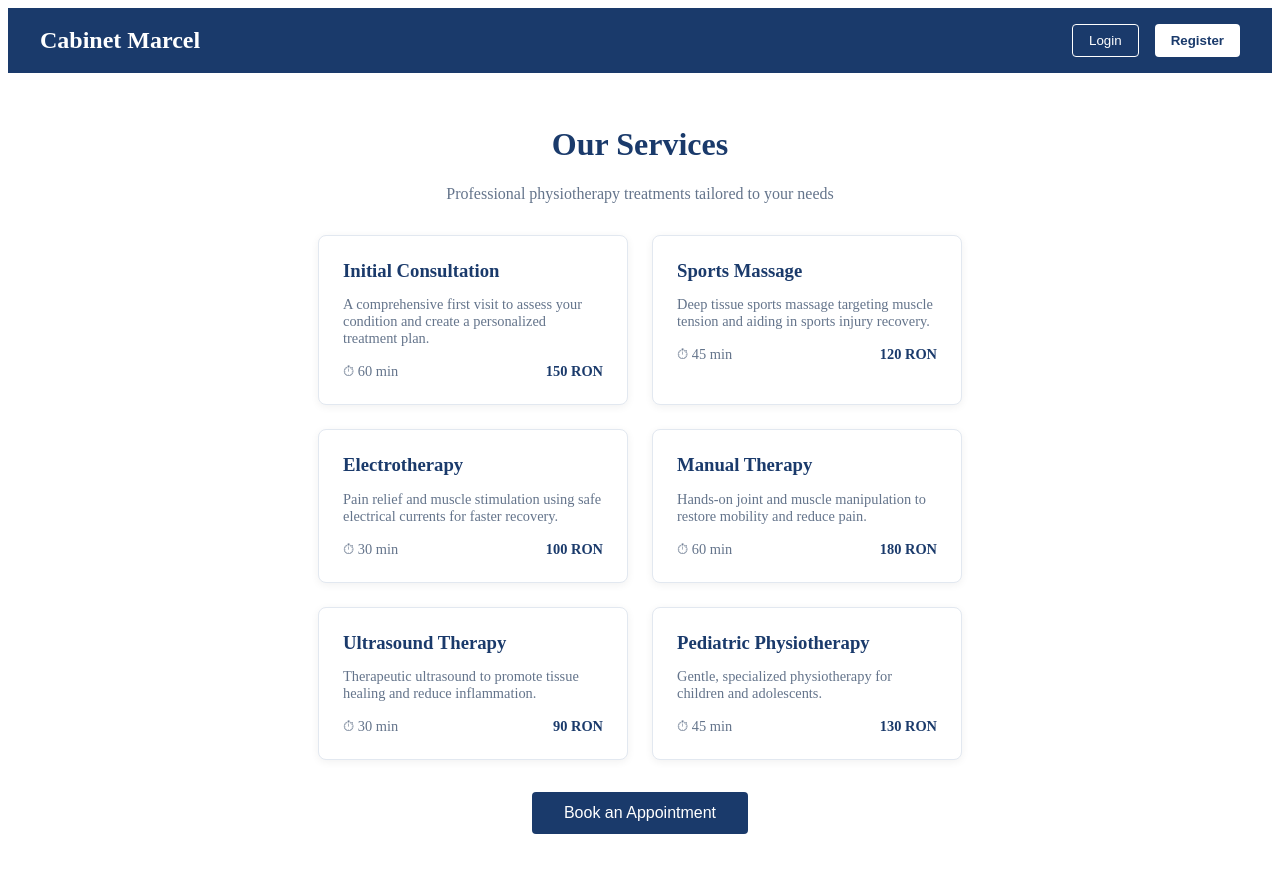
Repository: Bogo02/PhysioApp
Page: /services (app in physioapp-frontend/)
An editor plug-in stored every save of this project. The page is shown before and after the next save, followed by the edit.
The browser window is 1280 px wide. The pictures show the whole page.
The project was rebuilt for these pictures with package versions that can differ from the ones it lists, and the page was loaded fresh each time. Also part of the build but not shown: physioapp-frontend/vite.config.js, physioapp-frontend/src/index.css, physioapp-frontend/src/pages/Home.jsx, physioapp-frontend/src/pages/Login.jsx, physioapp-frontend/src/pages/Register.jsx, physioapp-frontend/src/pages/Dashboard.jsx, physioapp-frontend/src/pages/Appointments.jsx, physioapp-frontend/src/pages/BookAppointment.jsx and 1 more.

Above is the page before, as saved 2026-05-29 01:24:12.

### physioapp-frontend/index.html
<!doctype html>
<html lang="en">
  <head>
    <meta charset="UTF-8" />
    <link rel="icon" type="image/svg+xml" href="/favicon.svg" />
    <meta name="viewport" content="width=device-width, initial-scale=1.0" />
    <title>physioapp-frontend</title>
  </head>
  <body>
    <div id="root"></div>
    <script type="module" src="/src/main.jsx"></script>
  </body>
</html>

### physioapp-frontend/src/main.jsx
import { StrictMode } from 'react'
import { createRoot } from 'react-dom/client'
import './index.css'
import App from './App.jsx'

createRoot(document.getElementById('root')).render(
  <StrictMode>
    <App />
  </StrictMode>
)

### physioapp-frontend/src/App.jsx
import { BrowserRouter, Routes, Route } from 'react-router-dom'
import Home from './pages/Home'
import Login from './pages/Login'
import Register from './pages/Register'
import Dashboard from './pages/Dashboard'
import Appointments from './pages/Appointments'
import BookAppointment from './pages/BookAppointment'
import Profile from './pages/Profile'
import Services from './pages/Services'

function App() {
  return (
    <BrowserRouter>
      <Routes>
        <Route path="/" element={<Home />} />
        <Route path="/login" element={<Login />} />
        <Route path="/register" element={<Register />} />
        <Route path="/dashboard" element={<Dashboard />} />
        <Route path="/appointments" element={<Appointments />} />
        <Route path="/appointments/book" element={<BookAppointment />} />
        <Route path="/profile" element={<Profile />} />
        <Route path="/services" element={<Services />} />
      </Routes>
    </BrowserRouter>
  )
}

export default App

### physioapp-frontend/src/pages/Services.jsx
import { useNavigate } from 'react-router-dom'

function Services() {
  const navigate = useNavigate()

  const services = [
    { name: 'Initial Consultation', duration: 60, price: 150, desc: 'A comprehensive first visit to assess your condition and create a personalized treatment plan.' },
    { name: 'Sports Massage', duration: 45, price: 120, desc: 'Deep tissue sports massage targeting muscle tension and aiding in sports injury recovery.' },
    { name: 'Electrotherapy', duration: 30, price: 100, desc: 'Pain relief and muscle stimulation using safe electrical currents for faster recovery.' },
    { name: 'Manual Therapy', duration: 60, price: 180, desc: 'Hands-on joint and muscle manipulation to restore mobility and reduce pain.' },
    { name: 'Ultrasound Therapy', duration: 30, price: 90, desc: 'Therapeutic ultrasound to promote tissue healing and reduce inflammation.' },
    { name: 'Pediatric Physiotherapy', duration: 45, price: 130, desc: 'Gentle, specialized physiotherapy for children and adolescents.' },
  ]

  return (
    <div>
      <nav style={{
        display: 'flex', justifyContent: 'space-between', alignItems: 'center',
        padding: '1rem 2rem', background: '#1a3a6b', color: 'white'
      }}>
        <h2 style={{ margin: 0, cursor: 'pointer' }} onClick={() => navigate('/')}>Cabinet Marcel</h2>
        <div style={{ display: 'flex', gap: '1rem' }}>
          <button onClick={() => navigate('/login')} style={{
            padding: '0.5rem 1rem', background: 'transparent', color: 'white',
            border: '1px solid white', borderRadius: '4px', cursor: 'pointer'
          }}>Login</button>
          <button onClick={() => navigate('/register')} style={{
            padding: '0.5rem 1rem', background: 'white', color: '#1a3a6b',
            border: 'none', borderRadius: '4px', cursor: 'pointer', fontWeight: 'bold'
          }}>Register</button>
        </div>
      </nav>

      <div style={{ padding: '2rem', maxWidth: '900px', margin: '0 auto' }}>
        <h1 style={{ color: '#1a3a6b', textAlign: 'center' }}>Our Services</h1>
        <p style={{ textAlign: 'center', color: '#64748b', marginBottom: '2rem' }}>
          Professional physiotherapy treatments tailored to your needs
        </p>
        <div style={{ display: 'flex', flexWrap: 'wrap', gap: '1.5rem', justifyContent: 'center' }}>
          {services.map((s, i) => (
            <div key={i} style={{
              background: 'white', border: '1px solid #e2e8f0', borderRadius: '8px',
              padding: '1.5rem', width: '260px', boxShadow: '0 2px 8px rgba(0,0,0,0.06)'
            }}>
              <h3 style={{ color: '#1a3a6b', margin: '0 0 0.5rem' }}>{s.name}</h3>
              <p style={{ color: '#64748b', fontSize: '0.9rem', marginBottom: '1rem' }}>{s.desc}</p>
              <div style={{ display: 'flex', justifyContent: 'space-between', fontSize: '0.9rem' }}>
                <span style={{ color: '#64748b' }}>⏱ {s.duration} min</span>
                <span style={{ color: '#1a3a6b', fontWeight: 'bold' }}>{s.price} RON</span>
              </div>
            </div>
          ))}
        </div>
        <div style={{ textAlign: 'center', marginTop: '2rem' }}>
          <button onClick={() => navigate('/register')} style={{
            padding: '0.75rem 2rem', background: '#1a3a6b', color: 'white',
            border: 'none', borderRadius: '4px', cursor: 'pointer', fontSize: '1rem'
          }}>Book an Appointment</button>
        </div>
      </div>
    </div>
  )
}

export default Services

After the next save:
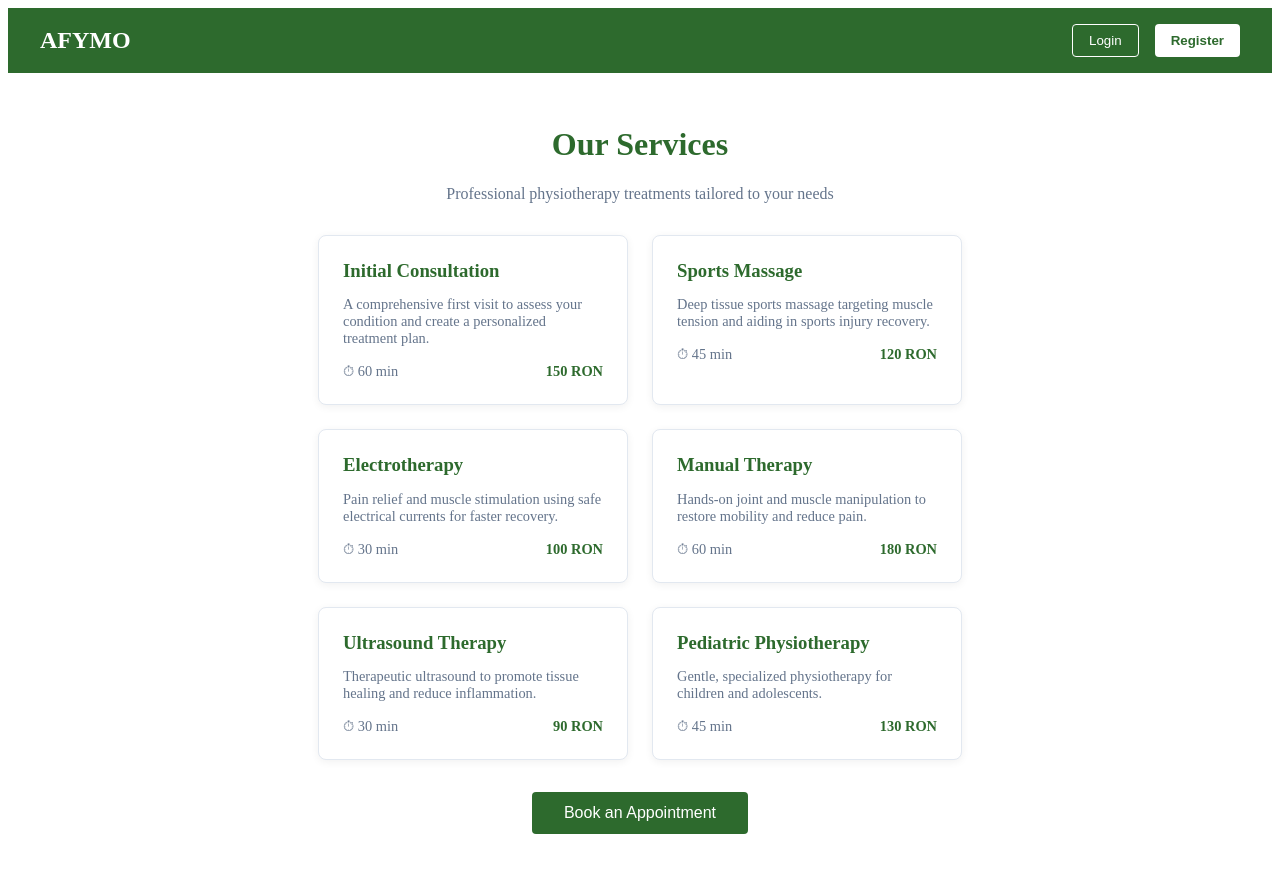
Saved 11 s later.
--- a/physioapp-frontend/src/pages/Services.jsx
+++ b/physioapp-frontend/src/pages/Services.jsx
@@ -16,23 +16,23 @@ function Services() {
     <div>
       <nav style={{
         display: 'flex', justifyContent: 'space-between', alignItems: 'center',
-        padding: '1rem 2rem', background: '#1a3a6b', color: 'white'
+        padding: '1rem 2rem', background: '#2d6a2d', color: 'white'
       }}>
-        <h2 style={{ margin: 0, cursor: 'pointer' }} onClick={() => navigate('/')}>Cabinet Marcel</h2>
+        <h2 style={{ margin: 0, cursor: 'pointer' }} onClick={() => navigate('/')}>AFYMO</h2>
         <div style={{ display: 'flex', gap: '1rem' }}>
           <button onClick={() => navigate('/login')} style={{
             padding: '0.5rem 1rem', background: 'transparent', color: 'white',
             border: '1px solid white', borderRadius: '4px', cursor: 'pointer'
           }}>Login</button>
           <button onClick={() => navigate('/register')} style={{
-            padding: '0.5rem 1rem', background: 'white', color: '#1a3a6b',
+            padding: '0.5rem 1rem', background: 'white', color: '#2d6a2d',
             border: 'none', borderRadius: '4px', cursor: 'pointer', fontWeight: 'bold'
           }}>Register</button>
         </div>
       </nav>
 
       <div style={{ padding: '2rem', maxWidth: '900px', margin: '0 auto' }}>
-        <h1 style={{ color: '#1a3a6b', textAlign: 'center' }}>Our Services</h1>
+        <h1 style={{ color: '#2d6a2d', textAlign: 'center' }}>Our Services</h1>
         <p style={{ textAlign: 'center', color: '#64748b', marginBottom: '2rem' }}>
           Professional physiotherapy treatments tailored to your needs
         </p>
@@ -42,18 +42,18 @@ function Services() {
               background: 'white', border: '1px solid #e2e8f0', borderRadius: '8px',
               padding: '1.5rem', width: '260px', boxShadow: '0 2px 8px rgba(0,0,0,0.06)'
             }}>
-              <h3 style={{ color: '#1a3a6b', margin: '0 0 0.5rem' }}>{s.name}</h3>
+              <h3 style={{ color: '#2d6a2d', margin: '0 0 0.5rem' }}>{s.name}</h3>
               <p style={{ color: '#64748b', fontSize: '0.9rem', marginBottom: '1rem' }}>{s.desc}</p>
               <div style={{ display: 'flex', justifyContent: 'space-between', fontSize: '0.9rem' }}>
                 <span style={{ color: '#64748b' }}>⏱ {s.duration} min</span>
-                <span style={{ color: '#1a3a6b', fontWeight: 'bold' }}>{s.price} RON</span>
+                <span style={{ color: '#2d6a2d', fontWeight: 'bold' }}>{s.price} RON</span>
               </div>
             </div>
           ))}
         </div>
         <div style={{ textAlign: 'center', marginTop: '2rem' }}>
           <button onClick={() => navigate('/register')} style={{
-            padding: '0.75rem 2rem', background: '#1a3a6b', color: 'white',
+            padding: '0.75rem 2rem', background: '#2d6a2d', color: 'white',
             border: 'none', borderRadius: '4px', cursor: 'pointer', fontSize: '1rem'
           }}>Book an Appointment</button>
         </div>
